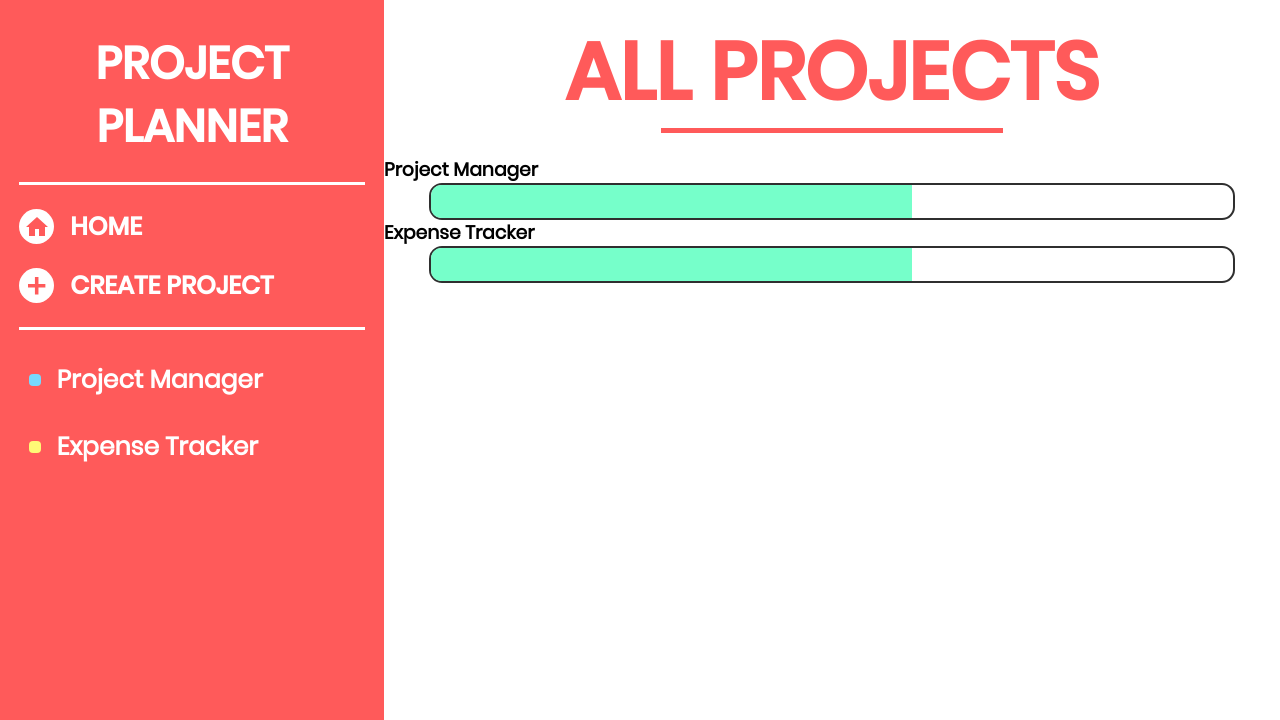
Repository: AzharMoosa/project-manager
Page: /
An editor plug-in stored every save of this project. The page is shown before and after the next save, followed by the edit.
The browser window is 1280 px wide. The pictures show the whole page.
The project was rebuilt for these pictures with package versions that can differ from the ones it lists, and the page was loaded fresh each time.

Above is the page before, as saved 2020-06-22 11:04:54.

### public/index.html
<!DOCTYPE html>
<html lang="en">
  <head>
    <meta charset="utf-8" />
    <link rel="icon" href="%PUBLIC_URL%/favicon.ico" />
    <meta name="viewport" content="width=device-width, initial-scale=1" />
    <meta name="theme-color" content="#000000" />
    <meta
      name="description"
      content="Web site created using create-react-app"
    />
    <link rel="apple-touch-icon" href="%PUBLIC_URL%/logo192.png" />

    <link rel="manifest" href="%PUBLIC_URL%/manifest.json" />

    <title>Project Planner</title>
  </head>
  <body>
    <noscript>You need to enable JavaScript to run this app.</noscript>
    <div id="root"></div>
  </body>
</html>

### src/App.js
import React from "react";
import Sidebar from "./components/sidebar/Siebar";
import Home from "./components/home/Home";
import { ProjectProvider } from "./ProjectContext";

import "./App.css";

function App() {
  return (
    <ProjectProvider>
      <div className='container'>
        <Sidebar />
        <Home />
      </div>
    </ProjectProvider>
  );
}

export default App;

### src/components/sidebar/Siebar.js
import React from "react";
import Header from "./Header";
import ProjectList from "../project-list/ProjectList";

const Siebar = () => {
  return (
    <div className='sidebar'>
      <Header />
      <ProjectList />
    </div>
  );
};

export default Siebar;

### src/components/home/Home.js
import React, { useContext } from "react";
import ProgectProgress from "./ProgectProgress";
import { ProjectContext } from "../../ProjectContext";

const Home = () => {
  const [projects, setProjects] = useContext(ProjectContext);

  return (
    <div className='home'>
      <h1 className='home-title'>ALL PROJECTS</h1>
      {projects.map((project) => (
        <ProgectProgress
          name={project.name}
          date={project.date}
          progress={project.progress}
        />
      ))}
    </div>
  );
};

export default Home;

### src/ProjectContext.js
import React, { useState, createContext } from "react";

export const ProjectContext = createContext();

export const ProjectProvider = (props) => {
  const [projects, setProjects] = useState([
    {
      name: "Project Manager",
      overview:
        "A project management application which allows you to plan personal projects and track its progress.  Create detail plans of projects before developing projects.",
      tools: ["HTML", "CSS", "JAVASCRIPT", "REACT"],
      progress: 60,
      tasks: [
        "Create Project Plans",
        "Todo List for Each Project",
        "Track Progress",
        "Priority List",
        "Choose Tools In Each Project",
        "Clean And Simple Design",
        "Use REACT",
      ],
      color: "blue",
      date: "26/06/2020",
      id: 28392,
    },

    {
      name: "Expense Tracker",
      overview:
        "A expense tracker application which allows you to budget and track your savings.  Track what expenses you have",
      tools: ["HTML", "CSS", "JAVASCRIPT", "REACT"],
      progress: 40,
      tasks: [
        "Expenses In And Out",
        "Current Balance",
        "Highest Money Out",
        "Clean And Simple Design",
        "Use REACT",
      ],
      color: "yellow",
      date: "",
      id: 2032,
    },
  ]);

  return (
    <ProjectContext.Provider value={[projects, setProjects]}>
      {props.children}
    </ProjectContext.Provider>
  );
};

### src/App.css
:root {
  --red: #ff5a5a;
  --green: #76ffca;
  --blue: #76daff;
  --yellow: #fffa76;
  --purple: #ab76ff;
}

/* CSS RESET */

* {
  margin: 0;
  padding: 0;
  box-sizing: border-box;
}

/* Fonts */

@font-face {
  font-family: "Poppins-Med";
  src: url("./fonts/Poppins-Medium.ttf");
}

@font-face {
  font-family: "Poppins-Reg";
  src: url("./fonts/Poppins-Regular.ttf");
}

/* Body */

body {
  font-family: "Poppins-Reg";
  line-height: 1.4;
}

/* Utilities */

/* Bullet Points */

.project-side:before,
.blue:before,
.yellow:before,
.green:before,
.purple:before {
  content: " ";
  height: 12px;
  width: 12px;
  margin-right: 1rem;
  border-radius: 4px;
}

.blue:before {
  background-color: var(--blue);
}

.yellow:before {
  background-color: var(--yellow);
}

.green:before {
  background-color: var(--green);
}

.purple:before {
  background-color: var(--purple);
}

/* Container */
.container {
  display: flex;
  overflow: hidden;
}

/* Sidebar */
.sidebar {
  width: 30vw;
  background-color: var(--red);
  height: 100vh;
  color: #fff;
}

.title {
  font-size: 45px;
  font-family: "Poppins-Med";
  text-align: center;
  padding-top: 2rem;
}

.nav-btns::after,
.nav-btns:before {
  content: " ";
  display: block;
  border-bottom: 3px solid #fff;
  width: 100%;
  margin: 1.5rem auto;
}

.nav-btns {
  width: 90%;
  margin: auto;
}

.home-btn,
.create-project-btn {
  display: flex;
  align-items: center;
  margin-top: 1.5rem;
}

.home-btn h3,
.create-project-btn h3 {
  margin-left: 1rem;
  font-family: "Poppins-Med";
  font-size: 25px;
}

.home-btn svg,
.create-project-btn svg {
  cursor: pointer;
}

/* Home */

.home {
  width: 70vw;
  display: flex;
  flex-direction: column;
}

.home-title {
  font-size: 80px;
  font-family: "Poppins-Med";
  color: var(--red);
  text-align: center;
  margin-top: 1rem;
}

.home-title:after {
  content: " ";
  display: block;
  border-bottom: 5px solid var(--red);
  width: 342px;
  margin: 0 auto 1.5rem auto;
}

/* Project Sidebar List */
.project-side {
  width: 85%;
  margin: 2rem auto;
  display: flex;
  align-items: center;
  cursor: pointer;
}

.project-side h3 {
  font-size: 25px;
}

/* Progress Bar */
.progressbar {
  width: 90%;
  background-color: #fff;
  border: 2px solid #2f2f2f;
  border-radius: 13px;
  margin: 0 auto;
}

.progressbar > div {
  background-color: var(--green);
  width: 60%;
  height: 33px;
  border-radius: 10px 0 0 10px;
}

.progressbar > div h3 {
  display: flex;
  justify-content: flex-end;
  line-height: 1.8;
  margin-right: 1rem;
}

### src/components/sidebar/Header.js
import React from "react";

const Header = () => {
  return (
    <div>
      <h1 className='title'>PROJECT PLANNER</h1>
      <div className='nav-btns'>
        <div className='home-btn'>
          <svg
            xmlns='http://www.w3.org/2000/svg'
            width='35'
            height='35'
            viewBox='0 0 35 35'
          >
            <g
              id='Home_Btn'
              data-name='Home Btn'
              transform='translate(-139 -182)'
            >
              <circle
                id='Ellipse_1'
                data-name='Ellipse 1'
                cx='17.5'
                cy='17.5'
                r='17.5'
                transform='translate(139 182)'
                fill='#fff'
              />
              <path
                id='icons8-home'
                d='M12,2.1,1,12H4v9h6V14h4v7h6V12h3Z'
                transform='translate(145 187.9)'
                fill='#ff5a5a'
              />
            </g>
          </svg>
          <h3>HOME</h3>
        </div>

        <div className='create-project-btn'>
          <svg
            xmlns='http://www.w3.org/2000/svg'
            width='35'
            height='35'
            viewBox='0 0 35 35'
          >
            <g id='Group_6' data-name='Group 6' transform='translate(-50 -242)'>
              <circle
                id='Ellipse_2'
                data-name='Ellipse 2'
                cx='17.5'
                cy='17.5'
                r='17.5'
                transform='translate(50 242)'
                fill='#fff'
              />
              <path
                id='icons8-plus'
                d='M8.922,2V8.922H2v1.538H8.922v6.922h1.538V10.461h6.922V8.922H10.461V2Z'
                transform='translate(58 250)'
                fill='#ff5a5a'
                stroke='#ff5a5a'
                strokeWidth='2'
                fillRule='evenodd'
              />
            </g>
          </svg>
          <h3>CREATE PROJECT</h3>
        </div>
      </div>
    </div>
  );
};

export default Header;

### src/components/project-list/ProjectList.js
import React, { useContext } from "react";
import { ProjectContext } from "../../ProjectContext";
import ProjectSide from "./ProjectSide";

const ProjectList = () => {
  // eslint-disable-next-line
  const [projects, setProjects] = useContext(ProjectContext);

  return (
    <div>
      {projects.map((project) => (
        <ProjectSide
          name={project.name}
          color={project.color}
          key={project.id}
        />
      ))}
    </div>
  );
};

export default ProjectList;

### src/components/home/ProgectProgress.js
import React from "react";
import ProgressBar from "./ProgressBar";

const ProgectProgress = ({ name, date, progress }) => {
  return (
    <div className='project-progress'>
      <div className='project-title'>
        <h3>{name}</h3>
      </div>
      <ProgressBar />
    </div>
  );
};

export default ProgectProgress;

### src/components/project-list/ProjectSide.js
import React from "react";

const Project = ({ name, color }) => {
  return (
    <div className={`project-side ${color}`}>
      <h3>{name}</h3>
    </div>
  );
};

export default Project;

### src/components/home/ProgressBar.js
import React from "react";

const ProgressBar = () => {
  return (
    <div className='progressbar'>
      <div>
        <h3>{}</h3>
      </div>
    </div>
  );
};

export default ProgressBar;

Loaded but not shown: src/index.js (common file)

After the next save:
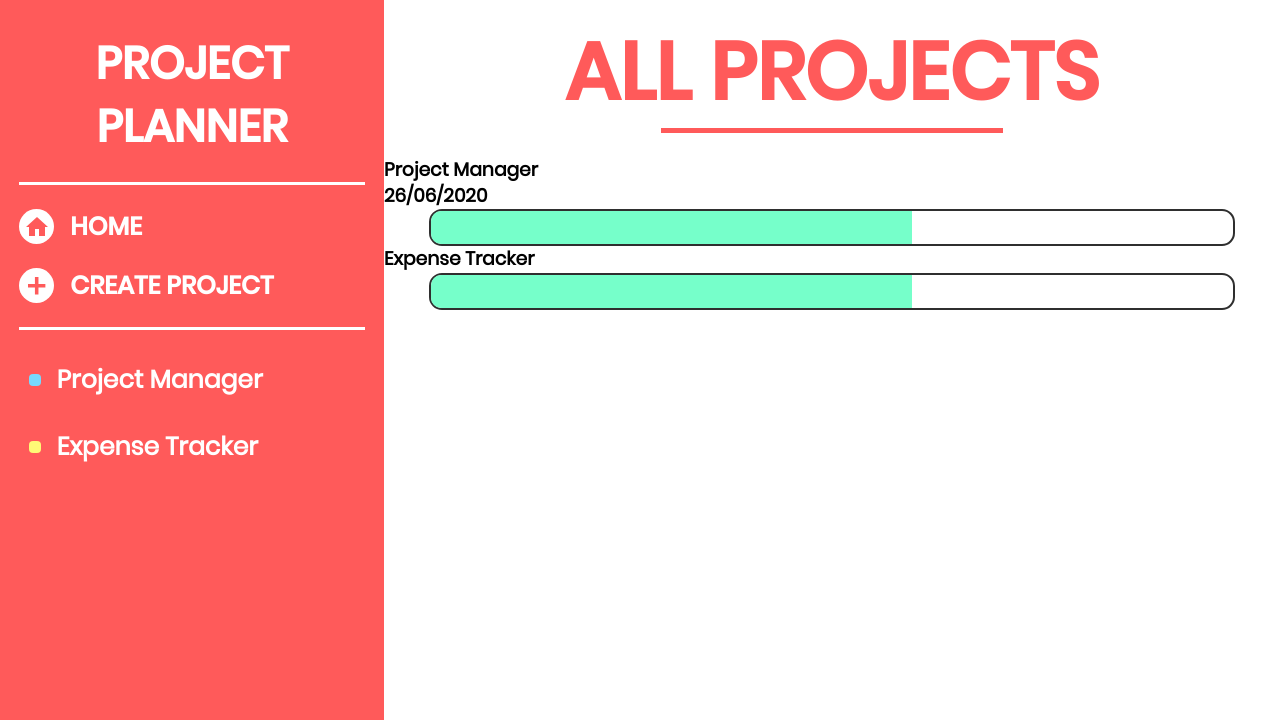
Saved 9 s later.
--- a/src/components/home/ProgectProgress.js
+++ b/src/components/home/ProgectProgress.js
@@ -6,6 +6,7 @@ const ProgectProgress = ({ name, date, progress }) => {
     <div className='project-progress'>
       <div className='project-title'>
         <h3>{name}</h3>
+        <h3>{date}</h3>
       </div>
       <ProgressBar />
     </div>
